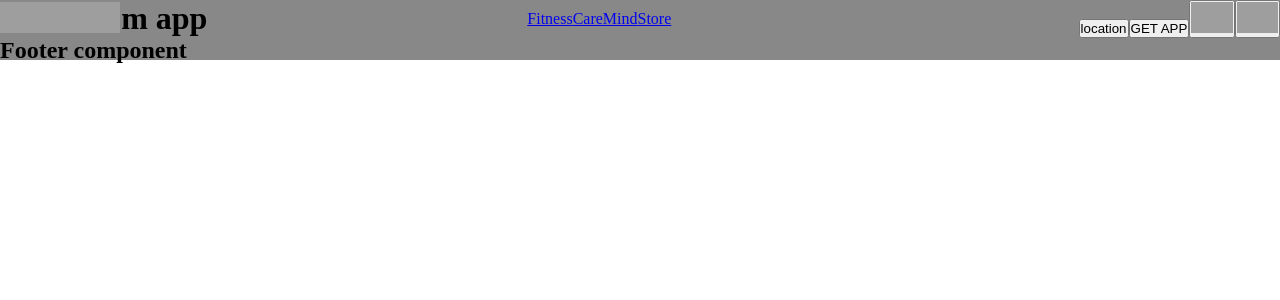
Repository: 1sanjeetsharma/cult-fit-clone
Page: /
The author's editor kept a copy of each file at every save. The page is drawn from the files as they stood at one save, then again after the next save.
The browser window is 1280 px wide. The pictures show the whole page.
Pictures or frames that could not be fetched are drawn as grey boxes. The project was rebuilt for these pictures with package versions that can differ from the ones it lists, and the page was loaded fresh each time. Also part of the build but not shown: vite.config.js.

Above is the page before, as saved 2023-07-22 22:48:51.

### src/App.jsx
import LandingPage from "./components/landingPage/LandingPage";
function App() {
  return (
    <>
      <h1>Hello from app</h1>
      <LandingPage />
    </>
  );
}

export default App;

### src/components/landingPage/LandingPage.jsx
import Body from "../body/body";
// import Header from "../body/header/Header";
const LandingPage = () => {
	return (
		<>
			<Body></Body>
		</>
	);
};
export default LandingPage;

### src/components/body/body.jsx
import Header from "./header/Header";
import Footer from "./footer/Footer";
const Body = () => {
	console.log("hello from body");
	return (
		<>
			<Header />

			<Footer />
		</>
	);
};
export default Body;

### src/components/body/header/Header.jsx
import Navbar from "../Navbar/Navbar";
const Header = () => {
	return (
		<>
			<Navbar />
		</>
	);
};
export default Header;

### src/components/body/footer/Footer.jsx
const Footer = () => {
  return (
    <>
      <h2>Footer component</h2>
    </>
  );
};
export default Footer;

### src/components/body/Navbar/Navbar.jsx
import "./navbar.css";
const Navbar = () => {
	return (
		<>
			<div className="Nav-container">
				<nav>
					<a href="javascript:viod(0)">
						<img
							className="logo"
							height={"31px"}
							width={"120px"}
							src="https://cdn-images.cure.fit/www-curefit-com/image/upload/c_fill,w_120,q_auto:eco,dpr_2,f_auto,fl_progressive//image/test/brand-logo/vman-and-white-cult-text.png"
							alt="logo"
						/>
					</a>
					<div className="tabs">
						<a href="javascript:void(0)">Fitness</a>
						<a href="javascript:void(0)">Care</a>
						<a href="javascript:void(0)">Mind</a>
						<a href="javascript:void(0)">Store</a>
					</div>
					<div>
						<button className="location">location</button>
						<button className="get-app">GET APP</button>

						<button className="avatar">
							<img
								className="btn-img"
								src="https://cdn-images.cure.fit/www-curefit-com/image/upload/c_fill,w_26,q_auto:eco,dpr_2,f_auto,fl_progressive/image/test/header/Profile.png"
								alt="profile picture"
							/>
						</button>
						<button className="cart">
							<img
								className="btn-img"
								src="https://cdn-images.cure.fit/www-curefit-com/image/upload/c_fill,q_auto:eco,dpr_2,f_auto,fl_progressive//image/test/cart-dark-theme.svg"
								alt="cart"
							/>
						</button>
					</div>
				</nav>
			</div>
		</>
	);
};
export default Navbar;

### src/components/body/Navbar/navbar.css
* {
	margin: 0px;
	padding: 0px;
}
.Nav-container {
	position: fixed;
	/* display: flexbox; */
	top: 0px;
	height: 60px;
	width: 100%;

	/* align-content: center; */
	/* text-align: center; */
	background-color: #00000077;
	box-sizing: border-box;
	/* z-index: 2; */
}

.logo,
.btn-img {
	height: 31px;
}
nav {
	display: flex;
	flex-flow: row wrap;
	align-items: center;
	justify-content: space-between;
}
.tabs {
}

Loaded but not shown: index.html (common file); src/main.jsx (common file)

After the next save:
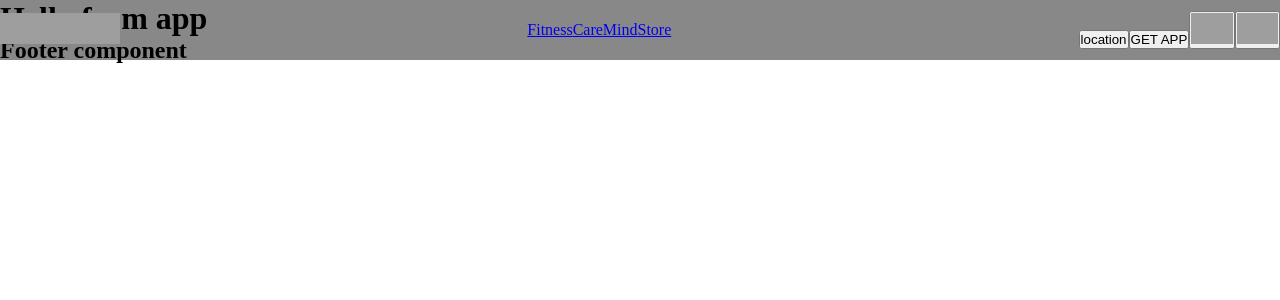
Saved 75 s later.
--- a/src/components/body/Navbar/navbar.css
+++ b/src/components/body/Navbar/navbar.css
@@ -6,7 +6,7 @@
 	position: fixed;
 	/* display: flexbox; */
 	top: 0px;
-	height: 60px;
+	/* height: 60px; */
 	width: 100%;
 
 	/* align-content: center; */
@@ -22,6 +22,7 @@
 }
 nav {
 	display: flex;
+	height: 60px;
 	flex-flow: row wrap;
 	align-items: center;
 	justify-content: space-between;
